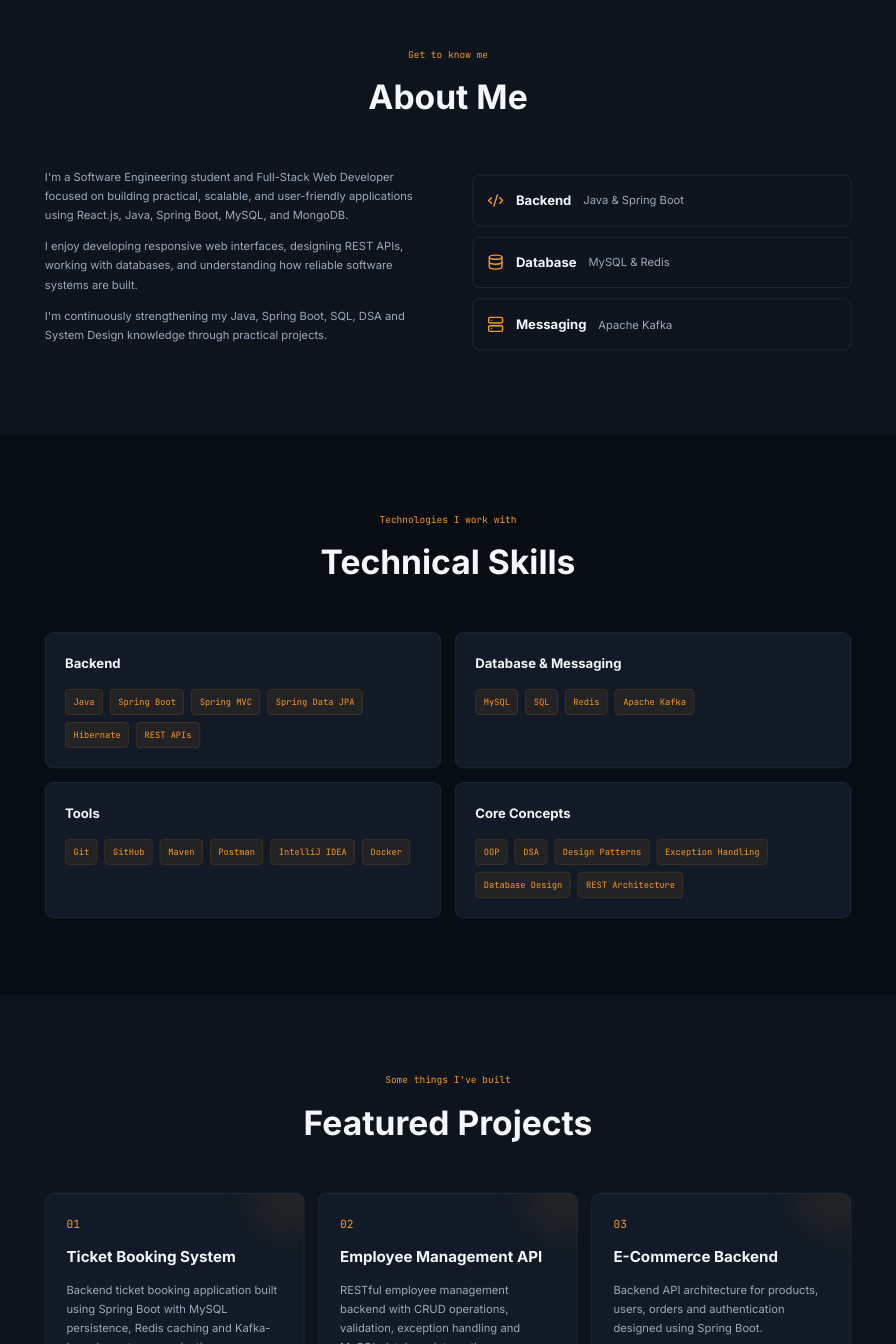
Repository: Rashi-Kirti06/En-Hi-Portfolio
Page: /
The author's editor kept a copy of each file at every save. The page is drawn from the files as they stood at one save, then again after the next save.
The browser window is 1280 px wide. The pictures show the part of the page from y = 778 to 2698 px (the page is 4872 px tall before and 4899 px after), at 70% of full size.
The project was rebuilt for these pictures with package versions that can differ from the ones it lists, and the page was loaded fresh each time. Also part of the build but not shown: vite.config.js.

Above is the page before, as saved 2026-09-06 16:13:24.

After the next save:
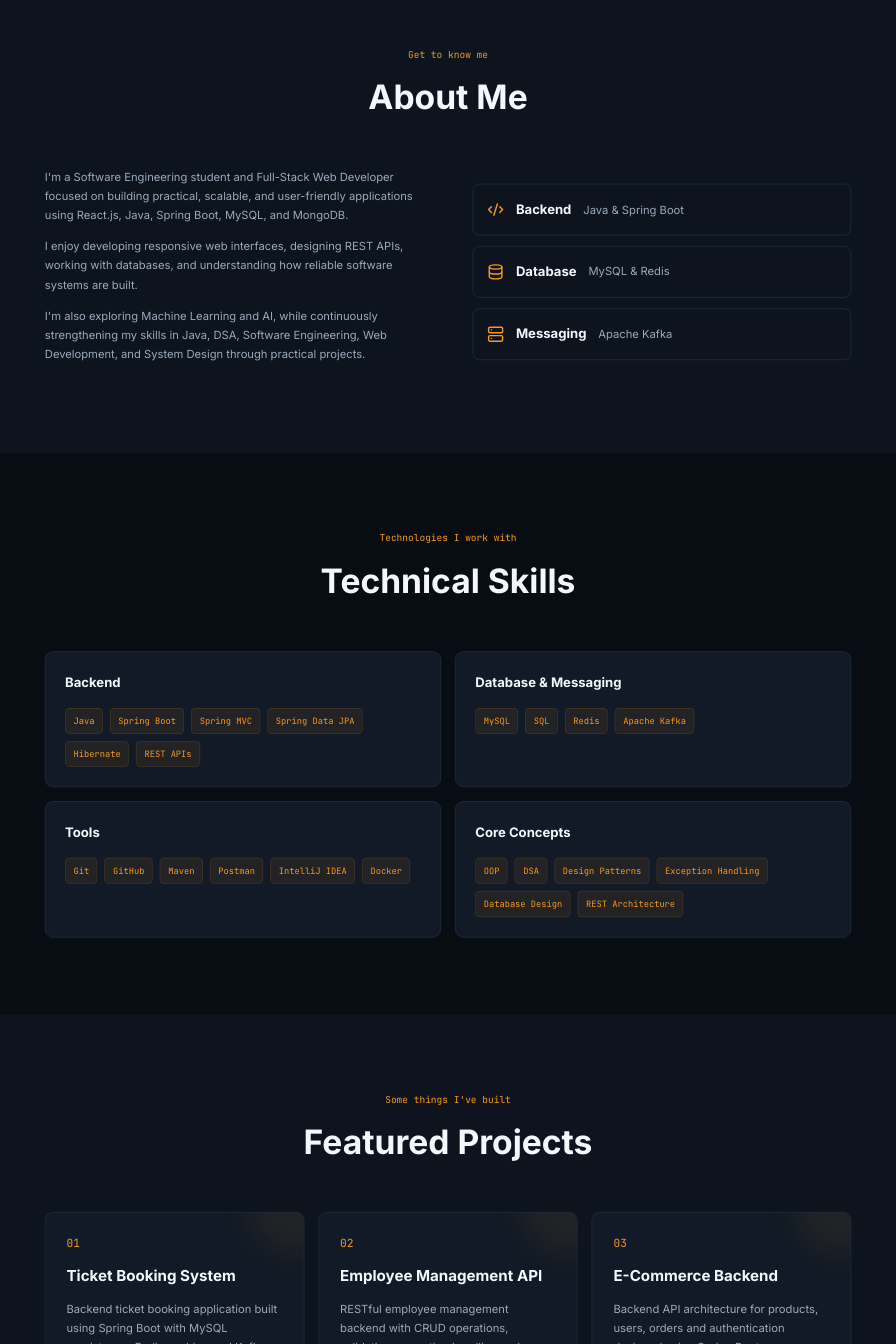
Saved 15 s later.
--- a/src/data/translations.jsx
+++ b/src/data/translations.jsx
@@ -26,7 +26,7 @@ export const translations = {
       text2:
         "I enjoy developing responsive web interfaces, designing REST APIs, working with databases, and understanding how reliable software systems are built.",
       text3:
-        "I'm continuously strengthening my Java, Spring Boot, SQL, DSA and System Design knowledge through practical projects.",
+        "I'm also exploring Machine Learning and AI, while continuously strengthening my skills in Java, DSA, Software Engineering, Web Development, and System Design through practical projects.",
     },
 
     skills: {
